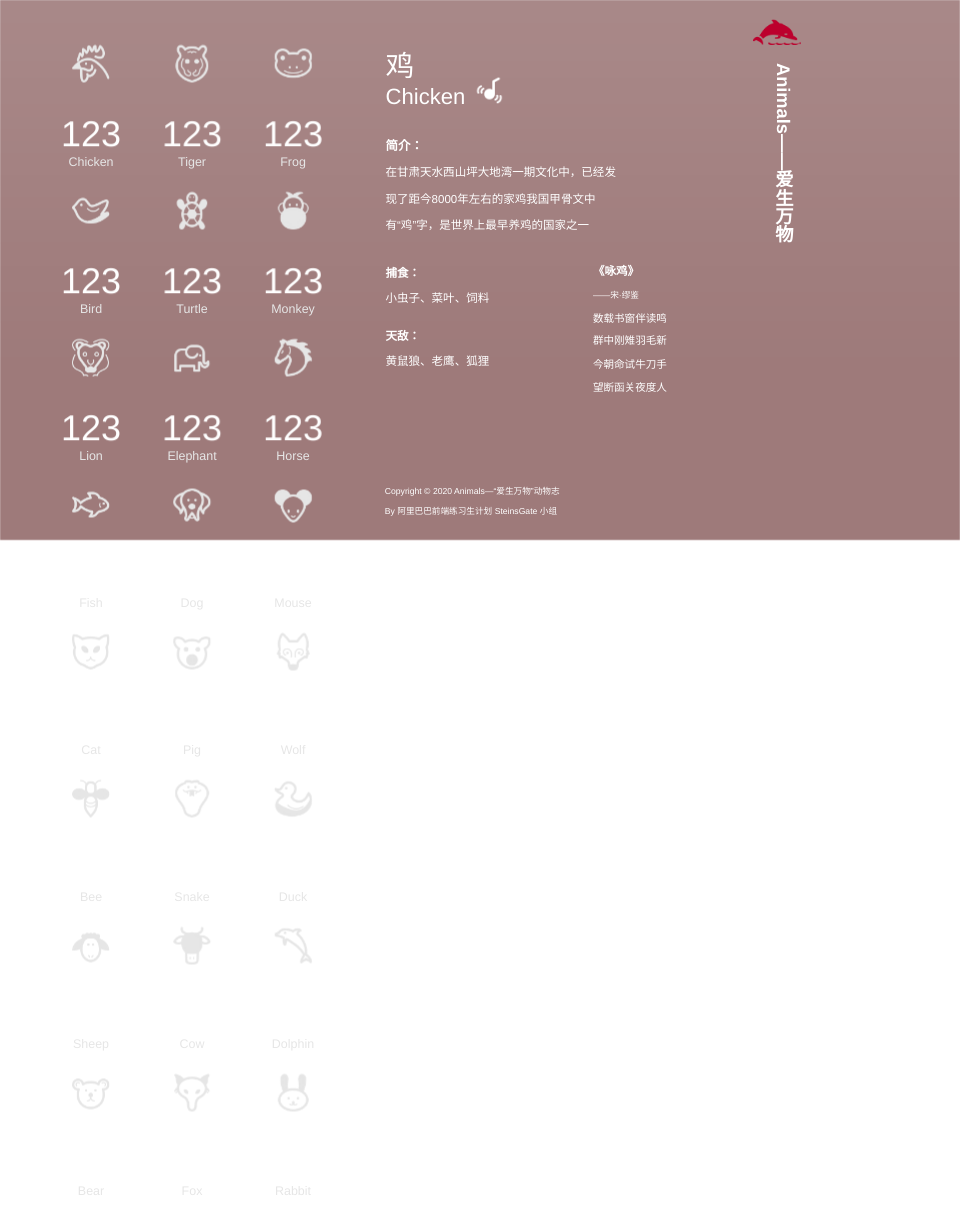
Repository: Whiskeyi/Animals
Page: /
An editor plug-in stored every save of this project. The page is shown before and after the next save, followed by the edit.
The browser window is 1280 px wide. The pictures show the whole page, at 75% of full size.
The project was rebuilt for these pictures with package versions that can differ from the ones it lists, and the page was loaded fresh each time.

Above is the page before, as saved 2021-11-18 23:11:20.

### public/index.html
<!DOCTYPE html>
<html lang="en">
  <head>
    <meta charset="utf-8">
    <meta http-equiv="X-UA-Compatible" content="IE=edge">
    <meta name="viewport" content="width=device-width,initial-scale=1.0">
    <link rel="icon" href="<%= BASE_URL %>favicon.ico">
    <title>Animals——爱生万物</title>
  </head>
  <body>
    <noscript>
      <strong>We're sorry but animals doesn't work properly without JavaScript enabled. Please enable it to continue.</strong>
    </noscript>
    <div id="app"></div>
    <!-- built files will be auto injected -->
  </body>
</html>

### src/main.js
import Vue from 'vue'
import App from './App.vue'
import router from './router'
import store from './store'
import './plugins/element.js' // 引入element-ui

Vue.config.productionTip = false

new Vue({
  router,
  store,
  render: h => h(App)
}).$mount('#app')

### src/App.vue
<template>
  <div id="app">
    <!-- 入口 -->
    <router-view/>
  </div>
</template>

<style lang="scss">
#app {
  font-family: 'Avenir', Helvetica, Arial, sans-serif;
  -webkit-font-smoothing: antialiased;
  -moz-osx-font-smoothing: grayscale;
}

html, body {  // 去除白边
    width: 100%;
    height: 100%;
    margin: 0;
    padding: 0;
    position: relative;
}

</style>

### src/router.js
// 路由
import Vue from 'vue'
import Router from 'vue-router'
import Home from './views/Home.vue'

Vue.use(Router)

export default new Router({
  mode: 'history',
  base: process.env.BASE_URL,
  routes: [
    {
      path: '/',
      name: 'home',
      component: Home
    }
    // {
    //   path: '/loading',
    //   name: 'load',
    //   component: () => import('@/views/Loading.vue')
    // }
  ]
})

### src/store.js
import Vue from 'vue'
import Vuex from 'vuex'

Vue.use(Vuex)

export default new Vuex.Store({
  state: {
    num: "",  // data.json数组号
    seconds: "8000" // 页面切换时间
  },
  mutations: {
    saveNum(state, num) {
      state.num = num
    }
  },
  actions: {

  }
})

### src/plugins/element.js
// 引入element-ui
import Vue from 'vue'

import ElementUI from 'element-ui';
import 'element-ui/lib/theme-chalk/index.css';

Vue.use(ElementUI);

### src/views/Home.vue
<template>
  <div class="home">
    <!-- 背景+光泽效果 -->
    <Gloss></Gloss>
    <!-- 页面容器 -->
    <div class="container">
      <!-- 左侧展示模块 -->
      <div id="leftContainer">
        <LeftMain></LeftMain>
      </div>
      <!-- 右侧展示模块 -->
      <div id="rightContainer">
        <!-- 输出信息 -->
          <Info></Info>
          <!-- 右侧标题 -->
          <RightHead></RightHead>
          <!-- 尾部 -->
          <Footer></Footer>
      </div>
    </div>
  </div>
</template>

<script>
// @ is an alias to /src
// 组件引入
import Gloss from '@/components/Gloss'
import Footer from '@/components/Footer'
import Info from '@/components/Info'
import RightHead from '@/components/right-head'
import LeftMain from '@/components/left-main'

export default {
  name: 'home',
  components: {
    Gloss,Footer,Info,RightHead,LeftMain
  }
}
</script>

<style lang="scss" scoped>
#leftContainer {
  position: absolute;
  left: 15%;
  width: 25%;
  height: 100%;
  margin: 0 auto;
}
#rightContainer {
  position: fixed;
  right: 10%;
  width: 50%;
  height: 100%;
  margin: 0 auto;
}
@media screen and (max-width: 960px) { // 屏幕小于960px样式
  #leftContainer {
    position: absolute;
    left: 3%;
    width: 30%;
    height: 100%;
    margin: 0 auto;
  }
  #rightContainer {
    position: fixed;
    right: 0%;
    width: 67%;
    height: 100%;
    margin: 0 auto;
  }
}
@media screen and (min-width: 960px) and (max-width:1440px) { // 屏幕大于等于960px小于1440px样式
  #leftContainer {
    position: absolute;
    left: 5%;
    width: 30%;
    height: 100%;
    margin: 0 auto;
  }
  #rightContainer {
    position: fixed;
    right: 2%;
    width: 63%;
    height: 100%;
    margin: 0 auto;
  }
}
@media screen and (min-width: 1440px) and (max-width: 1920px) { // 屏幕大于等于1440px小于1920px样式
 #leftContainer {
    position: absolute;
    left: 8%;
    width: 33%;
    height: 100%;
    margin: 0 auto;
  }
  #rightContainer {
    position: fixed;
    right: 5%;
    width: 54%;
    height: 100%;
    margin: 0 auto;
  }
}
</style>

### src/components/Gloss/index.vue
<template>
<!-- 实现光泽效果,丰富背景颜色 -->
<div id="bg" :style="{ backgroundColor : color }">
    <div id="gloss"></div>
</div>
</template>

<script>
const animalsData = require('@/data/Animals.json')
import store from '../../store'

export default {
    data() {
        return {
            color: 'rgb(158, 122, 122)'
        }
    },
    mounted() {
        this.changeColor()
    },
    methods: {
        changeColor() {
            window.timer = setInterval(function() {
                // let arrColor = ["#FC9F4D", "#E98B2A", "#90B44B", "#4D5139", "#1C1C1C", "#4F4F48",
                //                 "#FF5E99", "#828282", "#52433D", "#947A6D", "#080808", "#0C0C0C",
                //                 "#434343", "#B19693", "#434343", "#EFBB24", "#90B44B", "#373C38",
                //                 "#BDC0BA", "#BDC0BA", "#BDC0BA", "#434343","#BDC0BA", "#BDC0BA"]
                let num = Math.floor(Math.random() * animalsData.AnimalsDetail.length)
                store.commit('saveNum',num)
                document.getElementById('bg').style.backgroundColor = animalsData.AnimalsDetail[num].color
                // this.color = color
            }, store.state.seconds);
        }
    }
}
</script>

<style lang="scss">
#bg {
  height: 100%;
  width: 100%;
  position: fixed;
  transition: background-color 2s ease-in; // 背景颜色切换2S过渡
  filter: blur(1px); // 背景高斯模糊
  // z-index: -9; //暂时注释,影响调试
}
/*定义滚动条高宽及背景 高宽分别对应横竖滚动条的尺寸*/
  ::-webkit-scrollbar{
    width: 6px;
    height: 6px;
    background-color: rgba(250, 250, 250, 0.1);
  }

  /*定义滚动条轨道 内阴影+圆角*/
  ::-webkit-scrollbar-track {
    box-shadow: inset 0 0 6px rgba(0, 0, 0, 0.3);
    -webkit-box-shadow: inset 0 0 6px rgba(0, 0, 0, 0.3);
    border-radius: 10px;
    background-color: rgba(250, 250, 250, 0.1);
  }

  /*定义滑块 内阴影+圆角*/
  ::-webkit-scrollbar-thumb{
    border-radius: 10px;
    box-shadow: inset 0 0 6px rgba(0, 0, 0, .1);
    -webkit-box-shadow: inset 0 0 6px rgba(0, 0, 0, .1);
    background-color: #c8c8c8;
  }
  ::-moz-selection {
    background: #000;
    color: #fafafa;
  }
  ::selection {
    background: #000;
    color: #fafafa;
  }
</style>
<style lang="scss" scoped>
#gloss {
    position: fixed;
    width: 100%;
    height: 478px;
    background: url('../../assets/gloss.png') repeat-x;
    // z-index: -8;  //暂时注释,影响调试
}
</style>

### src/components/Footer/index.vue
<template>
  <div class="footerContainer">
      <p>Copyright © 2020 Animals—“爱生万物”动物志</p>
      <p>By 阿里巴巴前端练习生计划 SteinsGate 小组</p>
  </div>
</template>

<script>
export default {

}
</script>

<style lang="scss" scoped>
.footerContainer {
    position: fixed;
    bottom: 0;
    font-size: 0.9vw;
    color:#fff;
    margin:0 0 20px 65px;
}
</style>

### src/components/Info/index.vue
<template>
  <div class="infoContainer">
    <transition name="fade">
      <div class="infPadding">
          <!-- 标题、声音icon -->
        <Introduce></Introduce>
        <!-- 简介 -->
        <IntroduceMid></IntroduceMid>
        <!-- 捕食、诗 -->
        <HabbitPoem></HabbitPoem>
      </div>
    </transition>
  </div>
</template>

<script>
import Introduce from './Introduce'
import HabbitPoem from './habbit-poem'
import IntroduceMid from './introduce-mid'
export default {
  name: 'Info',
  components: {
    Introduce, HabbitPoem, IntroduceMid
  }
}
</script>

<style lang="scss" scoped>
@import '../../styles/transition.scss';
.infoContainer {
    float: left;
    z-index: 10000;
    width: 82%;
    height: 80%;
    margin: 26px 0 0 16px;
    padding: 15px 0px;
    color:#fff;
}
.infPadding {
  padding: 0 0 0 50px;
}
.infoContainer logo {
    position: absolute;
}
// @media screen and (max-width: 960px) { // 屏幕小于960px样式
//   .infoContainer {
//     float: left;
//     z-index: 10000;
//     width: 76%;
//     height: 80%;
//     margin: 26px 0 0 16px;
//   }
// }
// @media screen and (min-width: 960px) and (max-width:1440px) { // 屏幕大于等于960px小于1440px样式
//   .infoContainer {
//     float: left;
//     z-index: 10000;
//     width: 75%;
//     height: 80%;
//     margin: 26px 0 0 16px;
//   }
// }
@media screen and (max-width: 1280px) { // 屏幕<1280px样式
  .infoContainer {
    float: left;
    z-index: 10000;
    width: 65%;
    height: 80%;
    margin: 26px 0 0 16px;
  }
}
</style>

### src/components/right-head/index.vue
<template>
  <div class="rightHeadContainer">
      <el-col :span="5">
          <el-row>
      <el-image class="logo" alt="logo" :src="require('@/icons/index.png')"></el-image>
          </el-row>
          <el-row>
      <h1 class="vertical">Animals——爱生万物</h1>
          </el-row>
          <el-row>
      <!-- <div class="trans">
        <el-switch v-model="switcher" active-color="#fafafa" @change="tranOn()"></el-switch>
      </div> -->
          </el-row>
      </el-col>
  </div>
</template>

<script>
// const animalsData = require('@/data/Animals.json')
// import store from '../../store'
export default {
    data() {
        return {
            // switcher: true
        }
    },
    methods: {
        // tranOn() {
        //     window.console.log(this.switcher)
        //     if(this.switcher == true) {
        //         window.console.log(this.switcher == true)
        //         setInterval(window.timer);
        //     }else {
        //         clearInterval(window.timer);
        //     }
        // }
    }
}
</script>

<style lang="scss" scoped>
.rightHeadContainer {
    float: left;
    height: 400px;
    width: 100px;
    margin: 26px 0 0 16px;
}
.vertical {
    writing-mode: vertical-lr;
    line-height: 46px;
    color: #fff;
    font-size: 1.9vw;
}
.logo {
    width: 5vw;
    // width: 90px;
    padding-bottom: 20px;
}
// .trans {
//     margin-top: 200%;
//     // transform: translateX(-50%) rotate(-90deg);
//     margin-left: 30px;
// }
// @media screen and (max-width: 1440px) { // 屏幕小于1440px样式
//     .rightHeadContainer {
//         float: left;
//         height: 400px;
//         width:85px;
//         margin: 26px 0 0 0;
//     }
//     .vertical {
//         writing-mode: vertical-lr;
//         padding-right: 0;
//         color: #fff;
//     }
// }
</style>

### src/components/left-main/index.vue
<template>
  <div class="leftContainer">
    <el-row :gutter="20" type="flex" justify="center" v-for="(i, inx) in dataLength/3" :key="inx">
      <el-col :span="8" v-for="(item, index) in getNum(inx * 3)" :key="index">
        <div class="pro-card-wrapper">
          <div class="pro-card">
            <div class="word">
              <el-image class="logo" alt="logo" :src="require('../../icons/animals/'+imgs[(i - 1) * 3 + index].img+'.png')"></el-image>
            </div>
            <div class="pic">
              <div class="romaji">123</div>
            </div>
          </div>
          <div @click="getInfo((i - 1) * 3 + index)">{{ item.enName }}</div>
        </div>
      </el-col>
    </el-row>
  </div>
</template>

<script>
const animalsData = require('@/data/Animals.json')
// import '../../data/imgs';
import store from '../../store'
export default {
  data() {
    return {
      data: {},
      dataLength: '',
      imgs: []
    }
  },
  components: {
  },
  created() {
    var imgs = [
          {img: 'chicken'},
          {img: 'tiger'},
          {img: 'frog'},
          {img: 'bird'},
          {img: 'turtle'},
          {img: 'monkey'},
          {img: 'lion'},
          {img: 'elephant'},
          {img: 'horse'},
          {img: 'fish'},
          {img: 'dog'},
          {img: 'mouse'},
          {img: 'cat'},
          {img: 'pig'},
          {img: 'wolf'},
          {img: 'bee'},
          {img: 'snake'},
          {img: 'duck'},
          {img: 'sheep'},
          {img: 'cow'},
          {img: 'dolphin'},
          {img: 'bear'},
          {img: 'fox'},
          {img: 'rabbit'},
        ]
    this.imgs = imgs
    this.data = animalsData
    this.dataLength = this.data.AnimalsDetail.length
  },
  mounted() {
    // window.console.log(this.imgs)
  },
  methods: {
      getNum(inx) {
        // window.console.log(this.data.AnimalsDetail.slice(inx, inx + 3))
        return this.data.AnimalsDetail.slice(inx, inx + 3)
      },
      getInfo(index) {
        store.commit('saveNum', index)
        clearInterval(window.timer)
        document.getElementById('bg').style.backgroundColor = animalsData.AnimalsDetail[index].color
        window.timer = setInterval(function() {
            let num = Math.floor(Math.random() * animalsData.AnimalsDetail.length)
            store.commit('saveNum',num)
            document.getElementById('bg').style.backgroundColor = animalsData.AnimalsDetail[num].color
        }, store.state.seconds);
      }
  }
}
</script>

<style lang="scss" scoped>
@import "../../styles/flip.scss";
.leftContainer {
  padding: 30px 0;
  width: 100%;
  text-align: center;
  color: #e6e6e6;
  font-size: 1.3vw;
}
.leftContainer .logo {
  width: 80px;
  height: 80px;
  padding: 40px 0;
}
 @media screen and (max-width: 1440px) { // 屏幕小于1440px样式
  .leftContainer .logo {
    height: 50px;
    width: 50px;
    padding: 30px 0;
  }
 }
</style>

### src/styles/transition.scss
fade-enter {
    opacity: 0;
}
fade-enter-to {
    opacity: 1;
}
.fade-enter-active, .fade-leave-active {
  transition: all 2.5s ease;
}

### src/components/Info/Introduce/index.vue
<template>
  <div class="introduce">
      <el-row class="intContainer">
          <el-col :span="6">
            <div id="title">{{ name }}</div>
            <div id="subTitle">{{ enName }}</div>
          </el-col>
          <el-col :span="10">
              <el-image class="logo" alt="logo" :src="require('@/icons/voice.png')"></el-image>
          </el-col>
      </el-row>
  </div>
</template>

<script>
const animalsData = require('@/data/Animals.json')
import store from '../../../store'
export default {
    data() {
        return {
            name: '鸡',
            enName: 'Chicken'
        }
    },
    // mounted() {
    //     this.changeInfo()
    //     // window.console.log(store.state.num)
    // },
    // methods: {
    //       changeInfo() {
    //         setInterval(function() {
    //             this.name = animalsData.AnimalsDetail[store.state.num].name
    //             document.getElementById('title').innerHTML = this.name
    //             // window.console.log(this.name)
    //             this.enName = animalsData.AnimalsDetail[store.state.num].enName
    //             document.getElementById('subTitle').innerHTML = this.enName
    //             // window.console.log(this.enName)
    //         }, store.state.seconds);
    //     }
    // },
    computed: {
        nameChange() {
            return store.state.num
        }
    },
    watch: {
        nameChange: function() {
             this.name = animalsData.AnimalsDetail[store.state.num].name
             document.getElementById('title').innerHTML = this.name
             this.enName = animalsData.AnimalsDetail[store.state.num].enName
             document.getElementById('subTitle').innerHTML = this.enName
        }
    }
}
</script>

<style lang="scss" scoped>
.introduce {
    // background-color: wheat;;
    height: 30%;
    width: 100%;
}
.intContainer {
    padding: 15px 0;
}
#title {
    // font-size: 60px;
    font-size: 3vw;
    display: block;
}
#subTitle {
    // font-size: 44px;
    font-size: 2.3vw;
    display: block;
}
.logo {
    padding-top: 3.5vw;
    height: 3.1vw;
    width: 3.1vw;
}

</style>

### src/components/Info/habbit-poem/index.vue
<template>
  <div class="habPoem">
       <el-row class="habContainer">
           <el-col class="habContent" :span="14">
              <div class="habTil">捕食：</div>
              <span id="food" class="foodTitle">{{ food }}</span><br>
              <div class="habTil">天敌：</div>
              <span id="enemy" class="enemyTitle">{{ enemy }}</span>
            </el-col>
           <el-col class="poem" :span="10">
                <div id="poemTitle">{{ title }}</div>
                <div id="author">{{ author }}</div>
                <div id="content1" class="content">{{ content1 }}</div>
                <div id="content2" class="content">{{ content2 }}</div>
                <div id="content3" class="content">{{ content3 }}</div>
                <div id="content4" class="content">{{ content4 }}</div>
            </el-col>
      </el-row>
  </div>
</template>

<script>
const animalsData = require('@/data/Animals.json')
import store from '../../../store'
export default {
     data() {
        return {
            title: '《咏鸡》',
            author: '——宋·缪鉴',
            content1: '数载书窗伴读鸣',
            content2: '群中刚雉羽毛新',
            content3: '今朝命试牛刀手',
            content4: '望断函关夜度人',
            food: '小虫子、菜叶、饲料',
            enemy: '黄鼠狼、老鹰、狐狸'
        }
    },
    // mounted() {
    //     this.changeInfo()
    //     // window.console.log(store.state.num)
    // },
    // methods: {
    //       changeInfo() {
    //         setInterval(function() {
    //             this.title = animalsData.AnimalsDetail[store.state.num].poetryName
    //             document.getElementById('poemTitle').innerHTML = this.title

    //             this.author = animalsData.AnimalsDetail[store.state.num].poetryAuthor
    //             document.getElementById('author').innerHTML = '——' + this.author

    //             this.content1 = animalsData.AnimalsDetail[store.state.num].poetryContent1
    //             document.getElementById('content1').innerHTML = this.content1

    //             this.content2 = animalsData.AnimalsDetail[store.state.num].poetryContent2
    //             document.getElementById('content2').innerHTML = this.content2

    //             this.content3 = animalsData.AnimalsDetail[store.state.num].poetryContent3
    //             document.getElementById('content3').innerHTML = this.content3

    //             this.content4 = animalsData.AnimalsDetail[store.state.num].poetryContent4
    //             document.getElementById('content3').innerHTML = this.content4

    //             this.food = animalsData.AnimalsDetail[store.state.num].food
    //             document.getElementById('food').innerHTML = this.food

    //             this.enemy = animalsData.AnimalsDetail[store.state.num].enemy
    //             document.getElementById('enemy').innerHTML = this.enemy
    //         }, store.state.seconds);
    //     }
    // },
    computed: {
        habChange() {
            return store.state.num
        }
    },
    watch: {
        habChange: function() {
            this.title = animalsData.AnimalsDetail[store.state.num].poetryName
            document.getElementById('poemTitle').innerHTML = this.title

            this.author = animalsData.AnimalsDetail[store.state.num].poetryAuthor
            document.getElementById('author').innerHTML = '——' + this.author

            this.content1 = animalsData.AnimalsDetail[store.state.num].poetryContent1
            document.getElementById('content1').innerHTML = this.content1

            this.content2 = animalsData.AnimalsDetail[store.state.num].poetryContent2
            document.getElementById('content2').innerHTML = this.content2

            this.content3 = animalsData.AnimalsDetail[store.state.num].poetryContent3
            document.getElementById('content3').innerHTML = this.content3

            this.content4 = animalsData.AnimalsDetail[store.state.num].poetryContent4
            document.getElementById('content4').innerHTML = this.content4

            this.food = animalsData.AnimalsDetail[store.state.num].food
            document.getElementById('food').innerHTML = this.food

            this.enemy = animalsData.AnimalsDetail[store.state.num].enemy
            document.getElementById('enemy').innerHTML = this.enemy
        }
    }
}
</script>

<style lang="scss" scoped>
.habPoem {
    // background-color: rgb(252, 94, 94);
    height: 30%;
}
.habContent .habTil {
    font-size: 1.2vw;
    font-weight: bold;
    line-height: 4.8vh;
}
.poem {
    // writing-mode: vertical-lr;
    font-size: 1.1vw;
    line-height: 2.4vw;
    #poemTitle {
        font-size: 1.2vw;
        font-weight: bold;
    }
    #author {
        font-size: 0.9vw;
    }
    // .content {
    //     // letter-spacing: 15px;
    // }
}
.habContainer {
    padding: 15px 0;
}
.habContent span {
    font-size: 1.2vw;
    line-height: 4.4vh;
    display: block;
}
</style>

### src/components/Info/introduce-mid/index.vue
<template>
    <div class="fooMid">
        <el-row class="botContainer">
            <el-col :sm="16" :md="16" :lg="16">
                <!-- <el-collapse>
                    <el-collapse-item title="简介：" class="collapse"> -->
                        <div class="IntTitle">简介：</div>
                        <div id="IntContent">{{ IntContent }}</div>
                    <!-- </el-collapse-item>
                </el-collapse> -->
            </el-col>
        </el-row>
    </div>
</template>

<script>
const animalsData = require('@/data/Animals.json')
import store from '../../../store'
export default {
    data() {
        return {
            IntContent: '在甘肃天水西山坪大地湾一期文化中，已经发现了距今8000年左右的家鸡我国甲骨文中有“鸡”字，是世界上最早养鸡的国家之一'
        }
    },
    // mounted() {
    //     this.changeInfo()
    //     // window.console.log(store.state.num)
    // },
    // methods: {
    //     //   changeInfo() {
    //     //     setInterval(function() {
    //     //         this.IntContent = animalsData.AnimalsDetail[store.state.num].content
    //     //         document.getElementById('IntContent').innerHTML = this.IntContent
    //     //         // window.console.log(this.content)
    //     //     }, store.state.seconds);
    //     // }
    // },
    computed: {
        content() {
            return store.state.num
        }
    },
    watch: {
        content: function() {
            this.IntContent = animalsData.AnimalsDetail[store.state.num].content
            document.getElementById('IntContent').innerHTML = this.IntContent
        }
    }
}
</script>

<style lang="scss" scoped>
// /deep/ .el-collapse-item__header {
//     font-weight: bold;
//     color: #fff;
//     font-size: 24px;
//     background-color: transparent;
// }
// /deep/ .el-collapse-item__content {
//     background-color: transparent !important; // 待解决
//     color:#fff;
// }
.fooMid {
    // background-color: rgb(253, 128, 128);
    height: 50%;
    width: 100%;
}
.botContainer {
    padding: 15px 0;
}
.IntTitle {
    font-size: 1.3vw;
    font-weight: bold;
    line-height: 5.2vh;
}
#IntContent {
    font-size: 1.2vw;
    // font-size: 22px;
    line-height: 4.8vh;
    display: block;
}
// @media screen and (max-width: 1440px) { // 屏幕小于1440px样式
//     #IntContent {
//         font-size: 22px;
//         line-height: 32px;
//         display: block;
//     }
// }
</style>

### src/styles/flip.scss
.pro-card-wrapper {
    /* 开启3D空间 */
    perspective: 300px;
  }

  .pro-card {
    /* 翻转特效时间 */
    transition: transform 0.8s;
    /* 保留3D空间 */
    transform-style: preserve-3d;
    font-size: 48px;
  }

  .word,
  .pic {
    /* 隐藏3D的背面 */
    backface-visibility: hidden;
    /* border: 1px solid #f3f3f2; */
    color: white;
    cursor: pointer;
  }

  /* 翻转卡片 */
  .pic {
    transform: rotateY(0deg);
  }

  .pro-card-wrapper:hover .pro-card {
    transform: rotateY(180deg);
  }

Loaded but not shown: src/data/Animals.json (399 lines, source omitted)

After the next save:
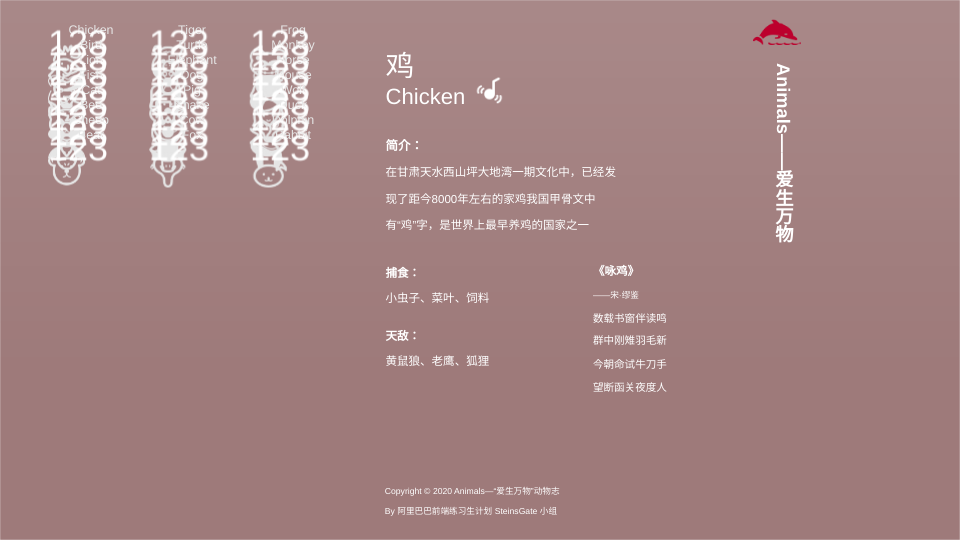
Saved 51 s later.
--- a/src/styles/flip.scss
+++ b/src/styles/flip.scss
@@ -13,6 +13,10 @@
 
   .word,
   .pic {
+    position: absolute;
+  width: 100%;
+  height: 100%;
+  display: flex;
     /* 隐藏3D的背面 */
     backface-visibility: hidden;
     /* border: 1px solid #f3f3f2; */
